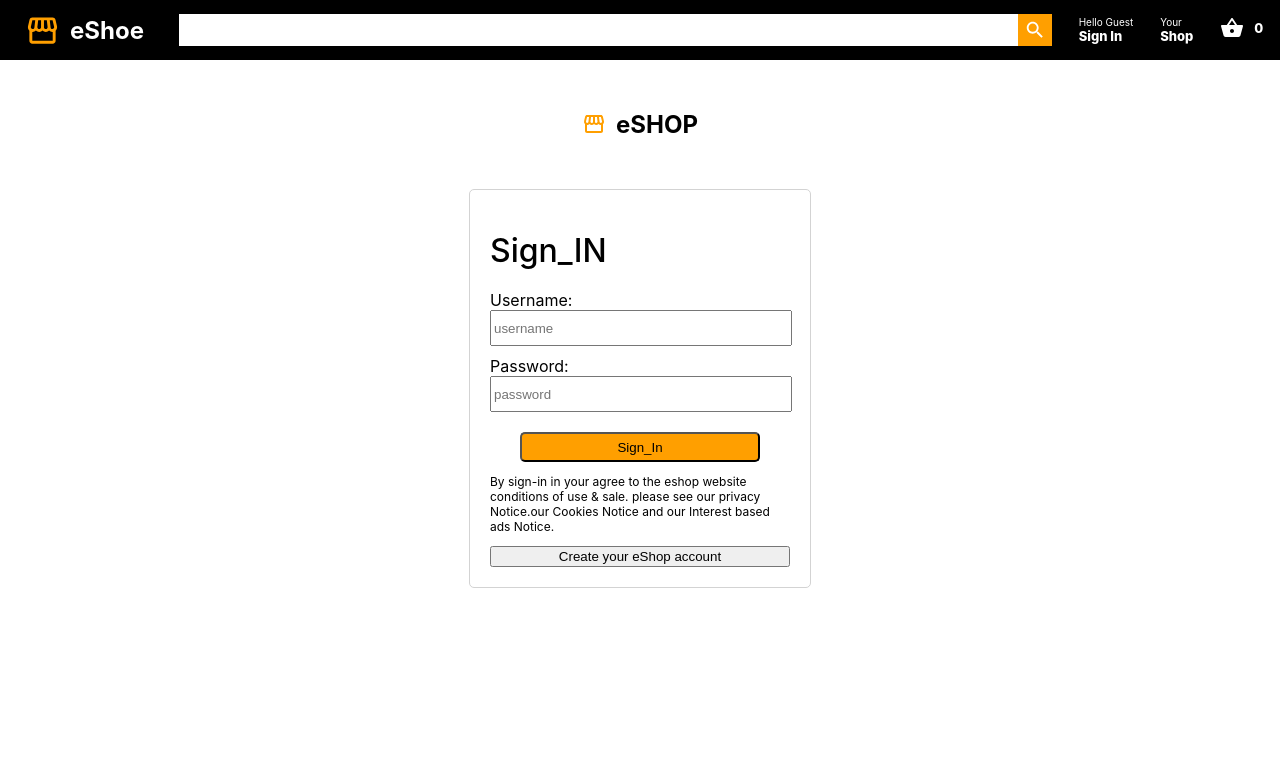
Repository: sandeepreddyvitta/react
Page: /login (app in eshop/)
An editor plug-in stored every save of this project. The page is shown before and after the next save, followed by the edit.
The browser window is 1280 px wide. The pictures show the whole page.
The project was rebuilt for these pictures with package versions that can differ from the ones it lists, and the page was loaded fresh each time. Also part of the build but not shown: eshop/src/components/products/product.scss, eshop/src/components/products/Product.js, eshop/src/components/home/home.scss, eshop/src/components/home/Home.js, eshop/src/components/checkOut/checkout.scss, eshop/src/components/checkOut/checkoutproduct.scss, eshop/src/components/checkOut/CheckOutProduct.js, eshop/src/components/checkOut/subtotal.scss and 2 more.

Above is the page before, as saved 2022-12-07 11:52:14.

After the next save:
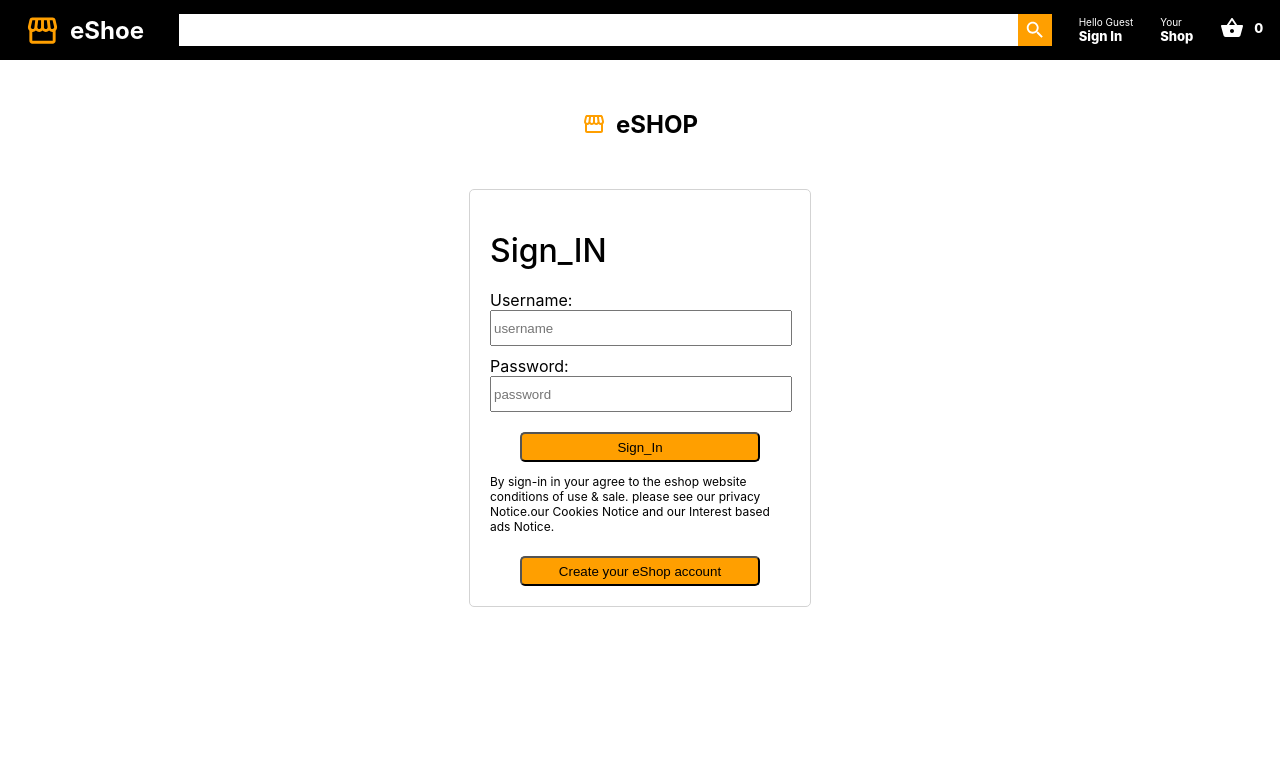
Saved 54 s later.
--- a/eshop/src/components/login/login.scss
+++ b/eshop/src/components/login/login.scss
@@ -37,5 +37,13 @@
             margin-top: 10px;
             margin-left: 30px;
         }
+        .registerButton{
+            background-color:#ff9f00;
+            border-radius:5px;
+            width: 80%;
+            height: 30px;
+            margin-top: 10px;
+            margin-left: 30px;
+        }
     }
 }
